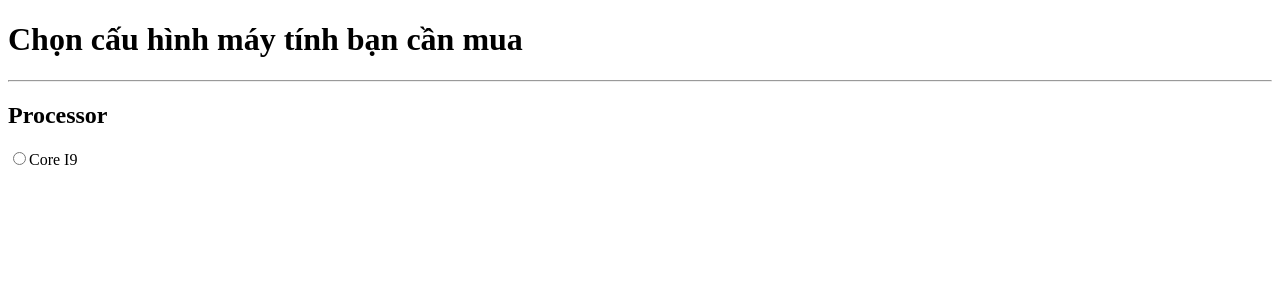
Repository: vnmk1/jsp_servlet-tutorials
Page: http://localhost/Bai7_BaiTapJSP/muaMayTinh.jsp
The author's editor kept a copy of each file at every save. The page is drawn from the files as they stood at one save, then again after the next save.
The browser window is 1280 px wide. The pictures show the whole page.
The page is served by Tomcat 9.

Above is the page before, as saved 2023-07-19 08:27:03.

After the next save:
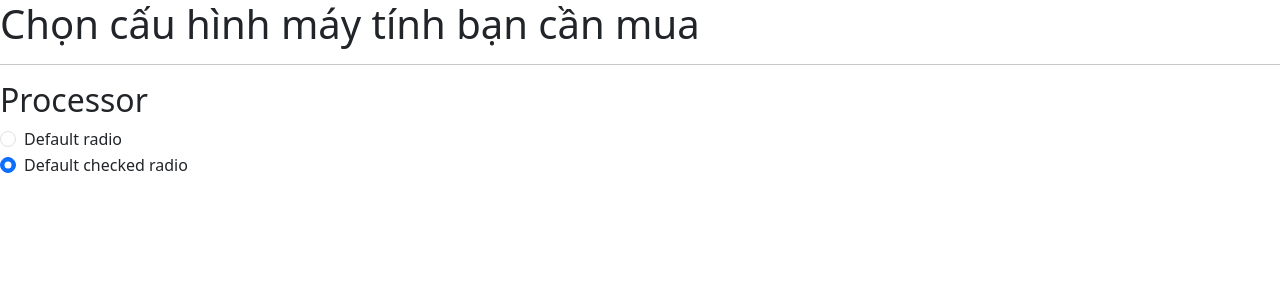
Saved 2 min 58 s later.
--- a/Bai7_BaiTapJSP/src/main/webapp/muaMayTinh.jsp
+++ b/Bai7_BaiTapJSP/src/main/webapp/muaMayTinh.jsp
@@ -5,13 +5,36 @@
 <head>
 <meta charset="UTF-8">
 <title>Insert title here</title>
+<link
+	href="https://cdn.jsdelivr.net/npm/bootstrap@5.3.0/dist/css/bootstrap.min.css"
+	rel="stylesheet"
+	integrity="sha384-9ndCyUaIbzAi2FUVXJi0CjmCapSmO7SnpJef0486qhLnuZ2cdeRhO02iuK6FUUVM"
+	crossorigin="anonymous">
+<script
+	src="https://cdn.jsdelivr.net/npm/@popperjs/core@2.11.8/dist/umd/popper.min.js"
+	integrity="sha384-I7E8VVD/ismYTF4hNIPjVp/Zjvgyol6VFvRkX/vR+Vc4jQkC+hVqc2pM8ODewa9r"
+	crossorigin="anonymous"></script>
+<script
+	src="https://cdn.jsdelivr.net/npm/bootstrap@5.3.0/dist/js/bootstrap.min.js"
+	integrity="sha384-fbbOQedDUMZZ5KreZpsbe1LCZPVmfTnH7ois6mU1QK+m14rQ1l2bGBq41eYeM/fS"
+	crossorigin="anonymous"></script>
 </head>
 <body>
 	<h1>Chọn cấu hình máy tính bạn cần mua</h1>
-	<hr/>
+	<hr />
 	<form>
 		<h2>Processor</h2>
-		<input type ="radio" value = "CoreI9" name = "processor">Core I9 </input>
+		<div class="form-check">
+			<input class="form-check-input" type="radio" name="processor"
+				id="corei9"> <label class="form-check-label"
+				for="flexRadioDefault1"> Default radio </label>
+		</div>
+		<div class="form-check">
+			<input class="form-check-input" type="radio" name="flexRadioDefault"
+				id="corei7" checked> <label
+				class="form-check-label" for="flexRadioDefault2"> Default
+				checked radio </label>
+		</div>
 	</form>
 </body>
 </html>
